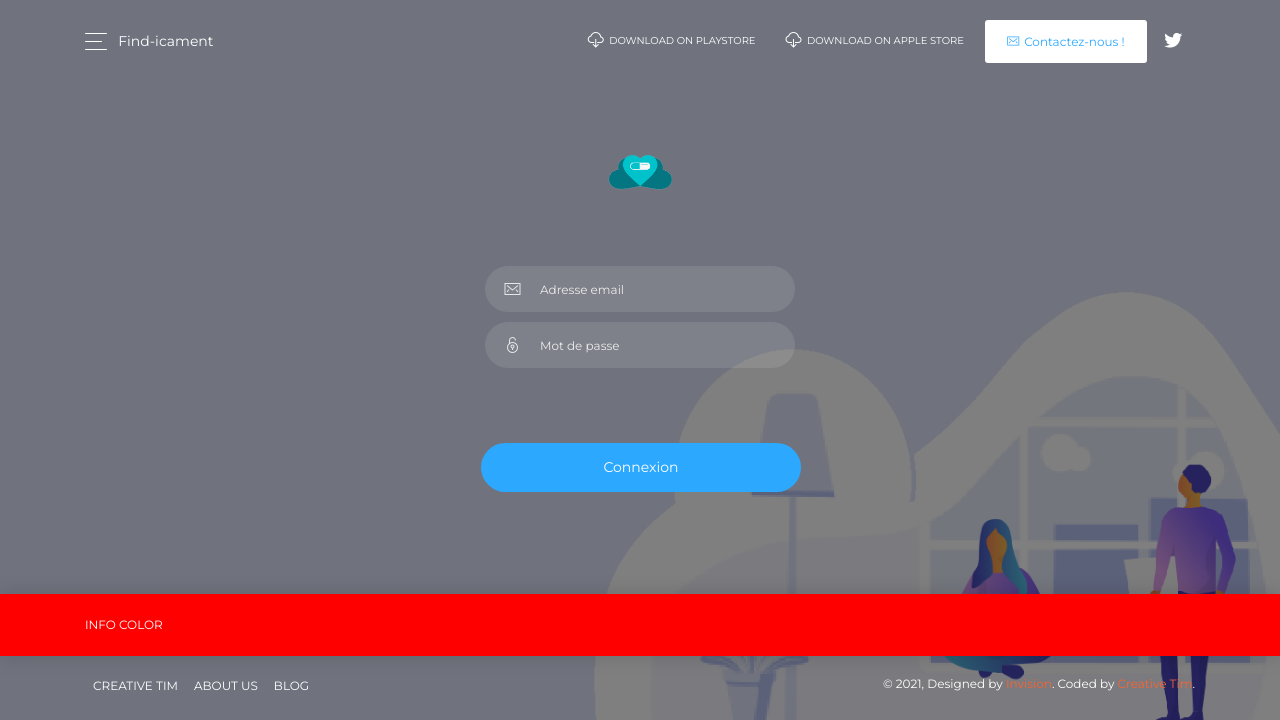
Repository: sdeschaepmeester/samanthawebsite
Page: /login-page
These files come from the project's save history. The page is drawn as it stood at one moment and after the next save; the edit follows.
The browser window is 1280 px wide. The pictures show the whole page.
The project was rebuilt for these pictures with package versions that can differ from the ones it lists, and the page was loaded fresh each time. Also part of the build but not shown: src/assets/demo/nucleo-icons-page-styles.css, src/components/Navbars/IndexNavbar.js, src/components/Headers/IndexHeader.js, src/components/Footers/DarkFooter.js, src/views/index-sections/Images.js, src/views/index-sections/Introduction.js, src/views/index-sections/BasicElements.js, src/views/index-sections/Navbars.js and 20 more.

Above is the page before, as saved 2021-05-31 21:21:01.

After the next save:
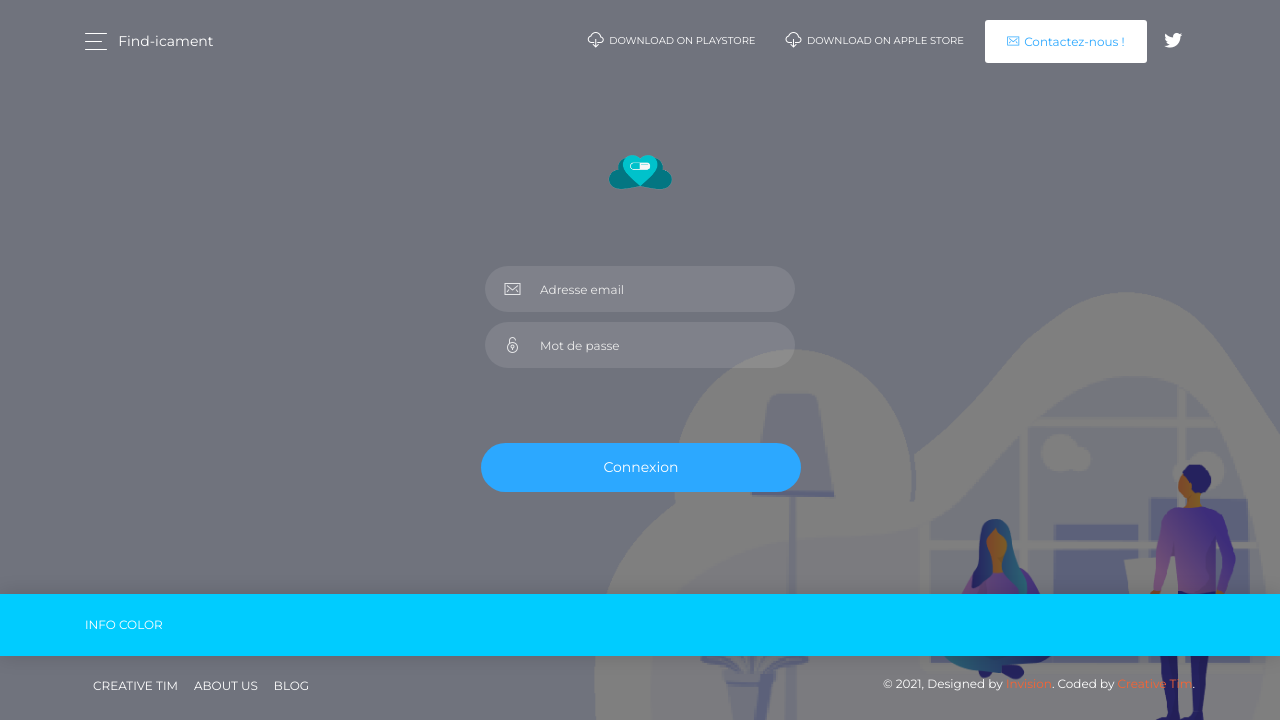
Saved 35 s later.
--- a/src/views/examples/LoginPage.js
+++ b/src/views/examples/LoginPage.js
@@ -127,7 +127,7 @@ function LoginPage() {
             </Col>
           </Container>
         </div>
-            <Navbar style={{ backgroundColor: "red"}} >
+            <Navbar style={{ backgroundColor: "#00ccff"}} >
               <Container>
                 <div className="navbar-translate">
                   <NavbarBrand
